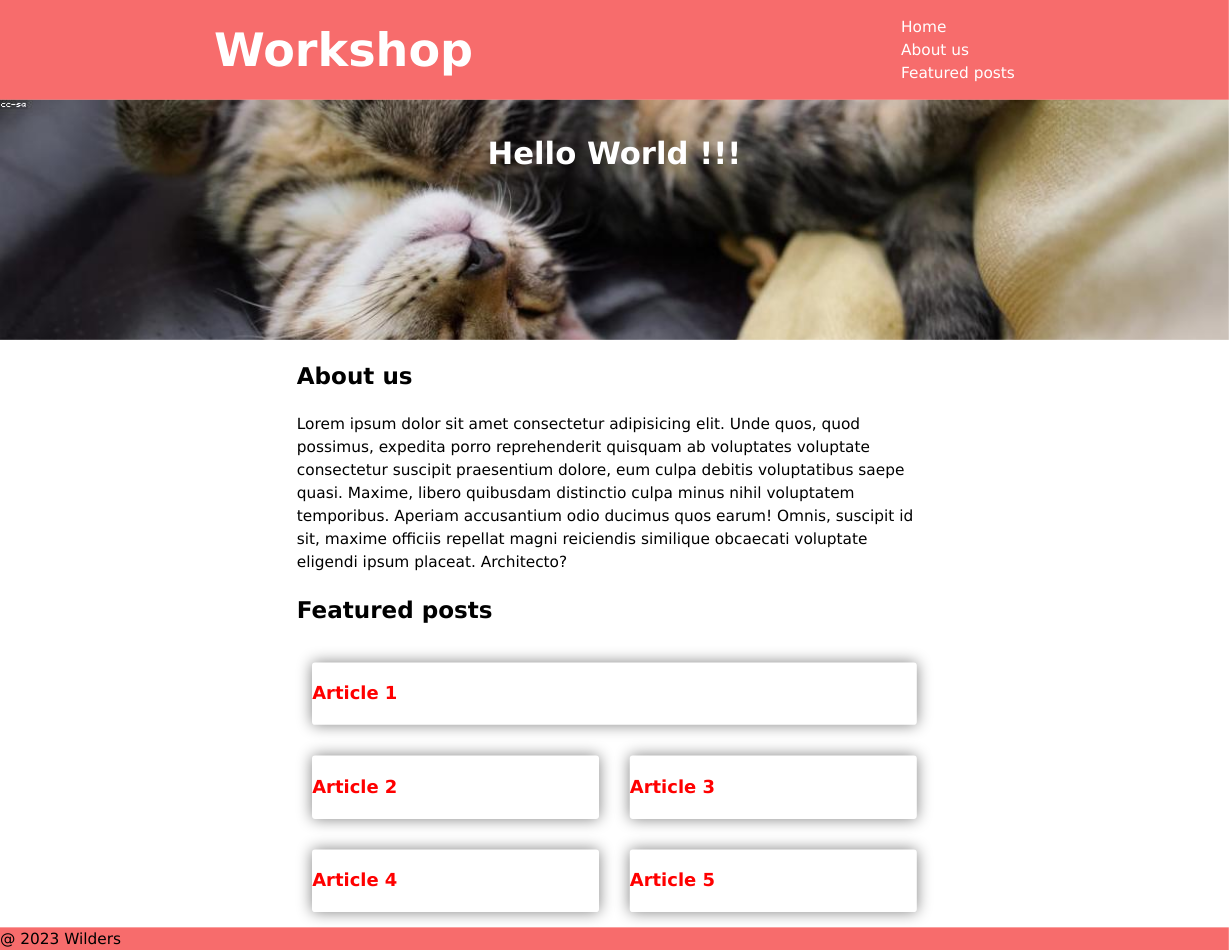
Repository: PPaillard/cssresponsive
Page: index.html
The author's editor kept a copy of each file at every save. The page is drawn from the files as they stood at one save, then again after the next save.
The browser window is 1280 px wide. The pictures show the whole page, at 96% of full size.

Above is the page before, as saved 2023-03-03 14:46:46.

### index.html
<!DOCTYPE html>
<html lang="en">
  <head>
    <meta charset="UTF-8" />
    <meta http-equiv="X-UA-Compatible" content="IE=edge" />
    <meta name="viewport" content="width=device-width, initial-scale=1.0" />
    <title>Document</title>
    <link rel="stylesheet" href="style.css" />
  </head>
  <body>
    <nav>
      <h2>Workshop</h2>
      <ul>
        <li><a href="#home">Home</a></li>
        <li><a href="#aboutus">About us</a></li>
        <li><a href="#featuredposts">Featured posts</a></li>
      </ul>
    </nav>
    <header>
      <h1>Hello World !!!</h1>
    </header>
    <main>
      <section>
        <h2>About us</h2>
        <p>
          Lorem ipsum dolor sit amet consectetur adipisicing elit. Unde quos,
          quod possimus, expedita porro reprehenderit quisquam ab voluptates
          voluptate consectetur suscipit praesentium dolore, eum culpa debitis
          voluptatibus saepe quasi. Maxime, libero quibusdam distinctio culpa
          minus nihil voluptatem temporibus. Aperiam accusantium odio ducimus
          quos earum! Omnis, suscipit id sit, maxime officiis repellat magni
          reiciendis similique obcaecati voluptate eligendi ipsum placeat.
          Architecto?
        </p>
      </section>
      <section id="featured-posts">
        <h2>Featured posts</h2>
        <div>
          <article><h1>Article 1</h1></article>
          <article><h1>Article 2</h1></article>
          <article><h1>Article 3</h1></article>
          <article><h1>Article 4</h1></article>
          <article><h1>Article 5</h1></article>
        </div>
      </section>
    </main>
    <footer>@ 2023 Wilders</footer>
  </body>
</html>

### style.css
* {
  box-sizing: border-box;
}

body {
  margin: 0;
  line-height: 1.5;
  font-family: Verdana, Geneva, Tahoma, sans-serif;
}

/* Navigation */
nav {
  display: flex;
  justify-content: space-around;
  align-items: center;
  background-color: #f76c6c;
  color: #ffffff;
}

nav > h2 {
  margin: 0;
  font-size: clamp(2rem, 7vw, 3rem);
}

nav ul {
  margin: 0;
  padding: 1rem 0;
}

nav ul li {
  list-style: none;
}

nav ul li a {
  color: white;
  text-decoration: none;
}
/* fin de navigation */
/* header */

header {
  min-height: 250px;
  text-align: center;
  background-image: url("65535_52214085447_ec2bf04bd7_h_1200_300_nofilter.jpg");
  background-repeat: no-repeat;
  background-size: cover;
}
header h1 {
  color: white;
  margin: 0;
  padding-top: 2rem;
}

section {
  margin: 0 auto;
  max-width: 65ch;
}

section article {
  display: inline-block;
  color: red;
  margin: 1rem;
  border-radius: 0.2rem;
  box-shadow: 0 0 1rem grey;
}

#featured-posts > div {
  display: grid;
  grid-template-columns: 1fr 1fr;
}

#featured-posts > div > article:first-of-type {
  grid-column: 1/3;
}

footer {
  background-color: #f76c6c;
}

After the next save:
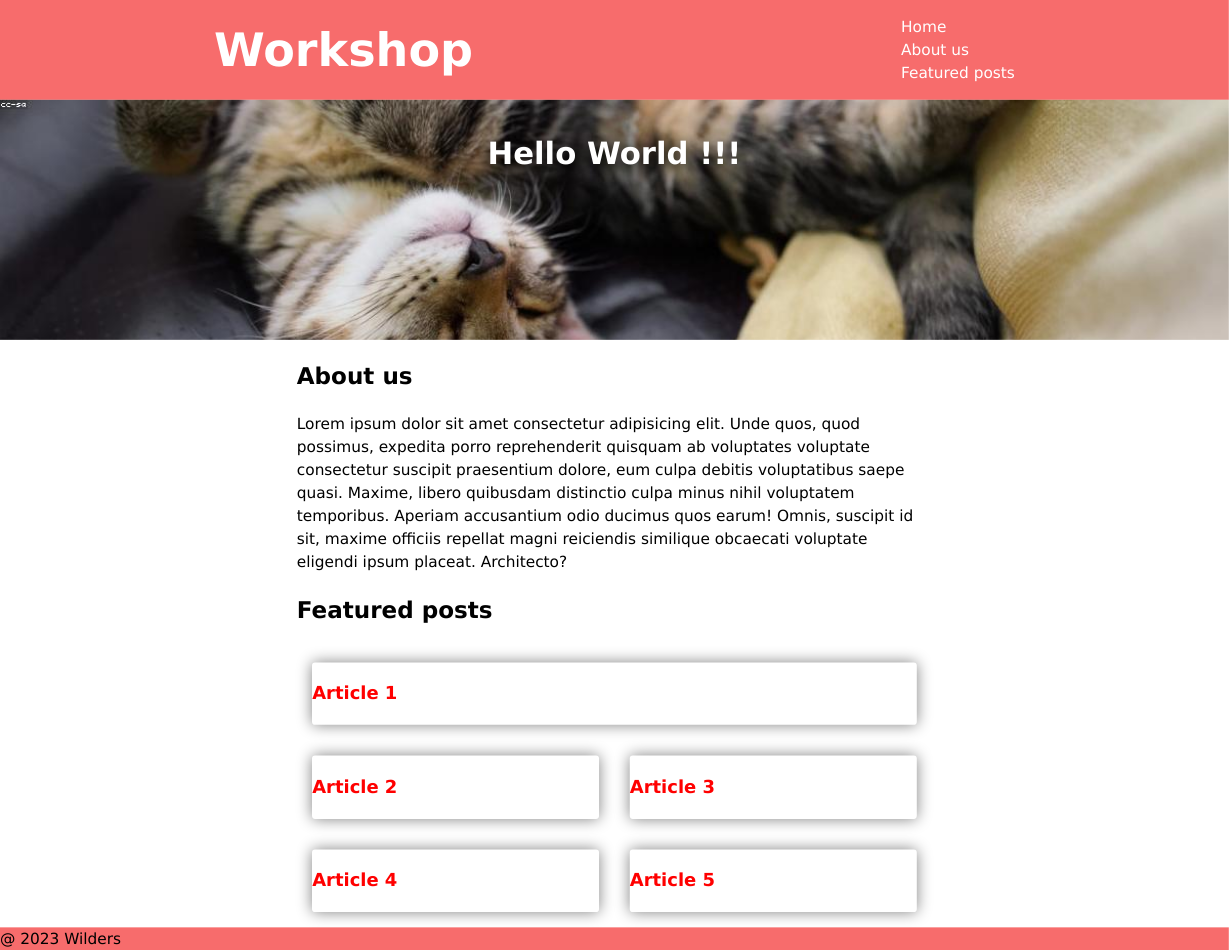
Saved 17 min 25 s later.
--- a/style.css
+++ b/style.css
@@ -49,6 +49,7 @@ header h1 {
   color: white;
   margin: 0;
   padding-top: 2rem;
+  filter: drop-shadow(0px 3px 8px #000);
 }
 
 section {
